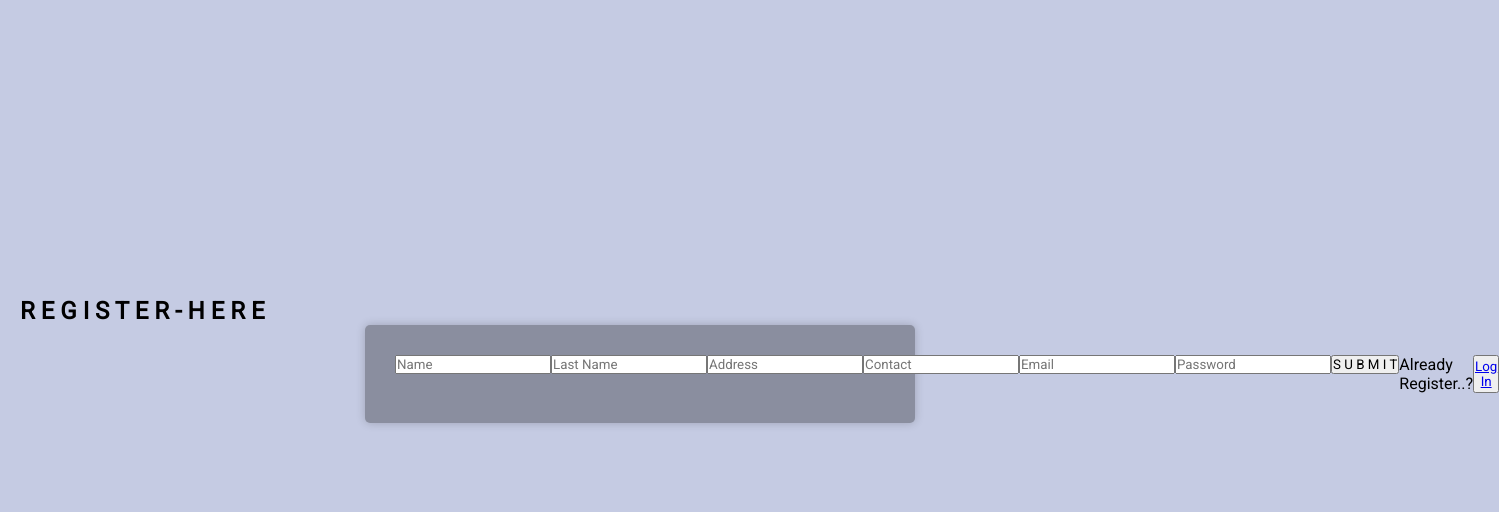
Repository: Krushna26nk/WebApplication
Page: http://localhost/Application/
These files come from the project's save history. The page is drawn as it stood at one moment and after the next save; the edit follows.
The browser window is 1280 px wide. The page is 1499 px wide, then 1280 px, so the pictures cover 1499 px, including what lies to the right of the window. The pictures show the whole page.
The page is served by Tomcat 9. Other server files are loaded and not shown.

Above is the page before, as saved 2019-05-31 13:21:09.

### web/Application/WebContent/RegisterData.jsp
<%@ page language="java" contentType="text/html; charset=UTF-8"
    pageEncoding="UTF-8"%>
<!DOCTYPE html PUBLIC "-//W3C//DTD HTML 4.01 Transitional//EN" "http://www.w3.org/TR/html4/loose.dtd">
<html>
<head>
<meta http-equiv="Content-Type" content="text/html; charset=UTF-8">
<link rel="stylesheet" type="text/css" href="Style.css">
<title>Insert title here</title>
</head>
<body bg="blur.jpg">
<div class="regDiv">
	<h2> R E G I S T E R - H E R E </h2>
<div class="formDiv">
	<form class="form" action="Registration" style="align:middle;">
				 <div class="inputFields">

					  	<input type="text" id="firstName" placeholder="Name" name="uname">

				 	  	<input type="text" id="lastName" placeholder="Last Name" name="lname">

				  	   	<input type="text" id="userAddress" placeholder="Address" name="address">

				  		<input type="number" id="contactNo" placeholder="Contact" name="contact">

				  		<input type="email" id="emailId" placeholder="Email" name="email">

				  		<input type="password" id="userPassword" placeholder="Password" name="pass">


		 	<input type="submit" value="S U B M I T">
		 </div>
	</form>
	<p> Already Register..?  </p>
		<button type="button"><a href="Login.jsp"> Log In </a></button>

</div>

</div>


<script type="text/javascript">
	var userFName = document.getElementById("firstName");
	var userLName = document.getElementById("lastName");
	var userAddr = document.getElementById("userAddress");
	var contct = document.getElementById("contactNo");
	var emailId = document.getElementById("emailId");
	var userPass = document.getElementById("userPassword");
</script>


</body>
</html>

### web/Application/WebContent/Style.css
@CHARSET "UTF-8";
@import url('https://fonts.googleapis.com/css?family=Roboto');
*{
	margin:0;
	padding:0;
	box-sizing: border-box;
	outline:none;
	font-family: 'Roboto', sans-serif;
}
body{
	background-color:#C5CBE3;
}

.regDiv{
	position:absolute;
	top:50%;
	transform:translateY(-50%);
	width:100%;
	padding:0px 20px;

}
.formDiv{
	max-width:550px;
	margin:0 auto;
	background:rgba(0,0,0,0.3);
	padding:30px;
	border-radius:5px;
	display:flex;
	box-shadow: 0 0 10px rgba(0,0,0,0.2);
}

.inputFields{
	display:flex;
}

After the next save:
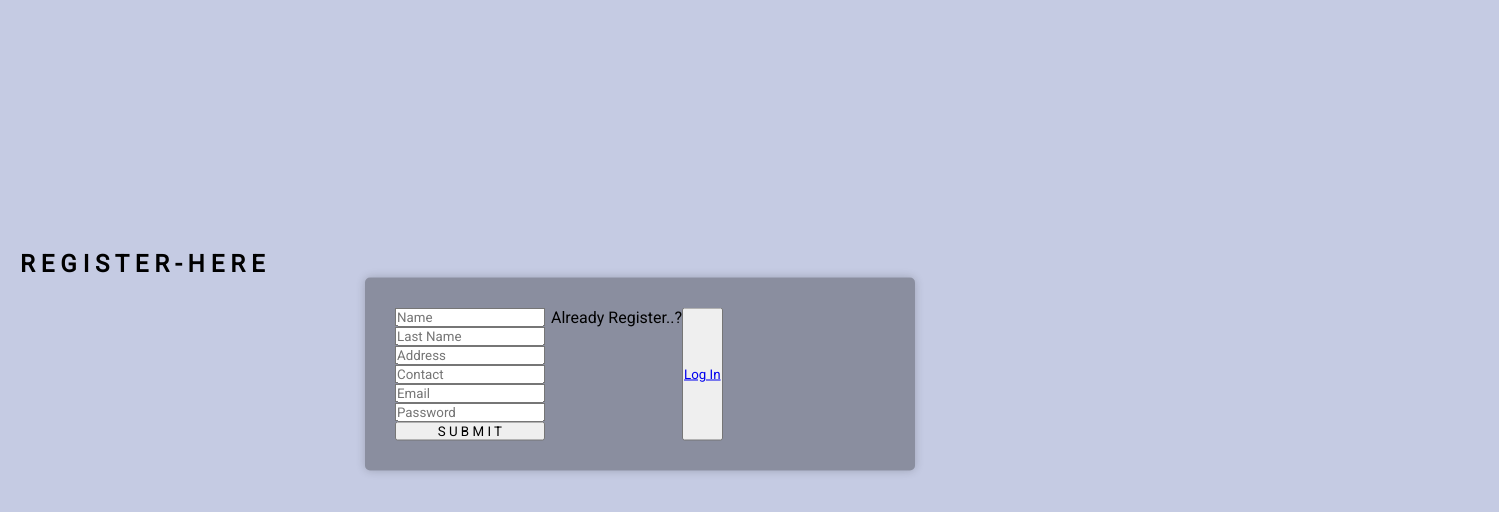
Saved 65 s later.
--- a/web/Application/WebContent/Style.css
+++ b/web/Application/WebContent/Style.css
@@ -31,4 +31,6 @@ body{
 
 .inputFields{
 	display:flex;
+	flex-direction:column;
+	margin-right:4%;
 }
